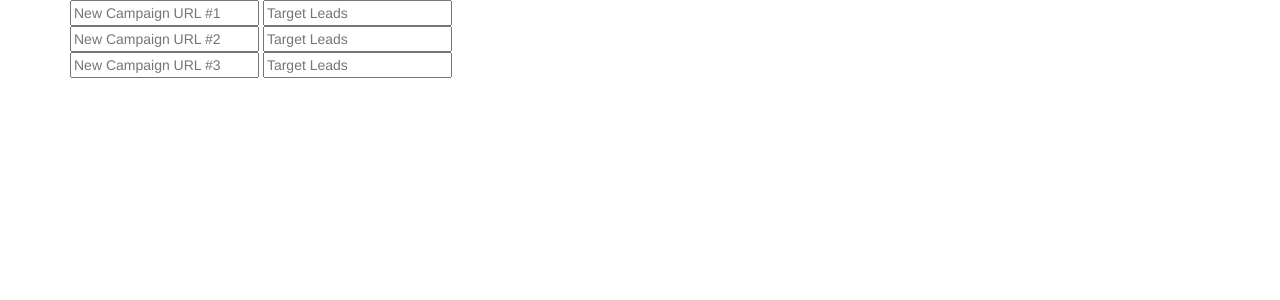
Repository: aneeshsingh/workspace
Page: http://localhost/analytics/Add_Product_Page_3.jsp
An editor plug-in stored every save of this project. The page is shown before and after the next save, followed by the edit.
The browser window is 1280 px wide. The pictures show the whole page.
The page is served by Tomcat 9. Other server files are loaded and not shown.

Above is the page before, as saved 2016-03-07 03:42:06.

### analytics/war/Add_Product_Page_3.jsp
<!DOCTYPE html>
<html class="no-js" xmlns="http://www.w3.org/1999/xhtml"
	xml:lang="en-US" lang="en-US">

<%@ page import="com.macquarie.analytics.*"%>
<%@ page import="java.util.HashMap"%>
<%@ page import="java.util.Iterator"%>
<%@ page import="java.util.Map"%>
<%@ page import="java.sql.Connection"%>
<%@page language="java" session="true"%>

<head>
<!-- Latest compiled and minified CSS -->
<link rel="stylesheet"
	href="https://maxcdn.bootstrapcdn.com/bootstrap/3.3.6/css/bootstrap.min.css">

</head>
<body>


<form action="getAnalyticsServlet" method="post">
	<div class="container">


		<div class="row">

			<div class="col-md-12">

			<input type="text" name="new_campaign_url_1" id="new_campaign_url_1" placeholder="New Campaign URL #1">
			<input type="text" name="new_campaign_url_leads_1" id="new_campaign_url_leads_1" placeholder="Target Leads">

			</div>
		</div>

		<div class="row">

			<div class="col-md-12">

			<input type="text" name="new_campaign_url_2" id="new_campaign_url_2" placeholder="New Campaign URL #2">
			<input type="text" name="new_campaign_url_leads_2" id="new_campaign_url_leads_2" placeholder="Target Leads">
			</div>

		</div>





		<div class="row">

			<div class="col-md-12">


			<input type="text" name="new_campaign_url_3" id="new_campaign_url_3" placeholder="New Campaign URL #3">
			<input type="text" name="new_campaign_url_leads_3" id="new_campaign_url_leads_3" placeholder="Target Leads">
			</div>

		</div>





	</div>


</form>

</body>
</html>

After the next save:
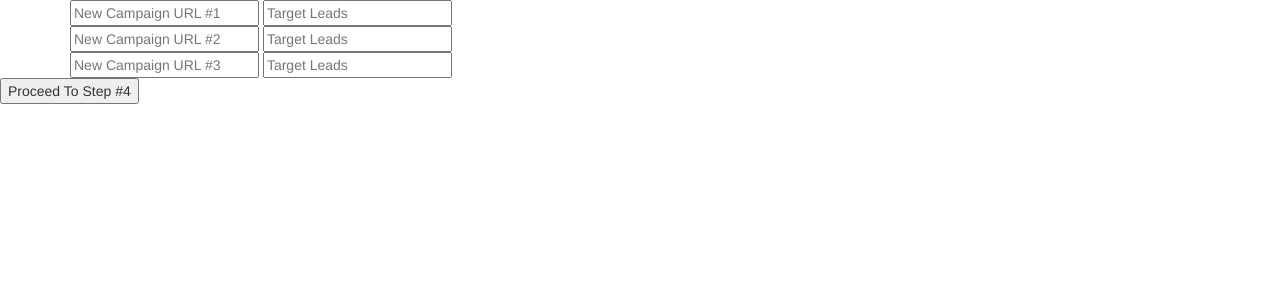
Saved 6 s later.
--- a/analytics/war/Add_Product_Page_3.jsp
+++ b/analytics/war/Add_Product_Page_3.jsp
@@ -63,6 +63,7 @@
 
 	</div>
 
+<input type="submit" value="Proceed To Step #4" />
 
 </form>
 
